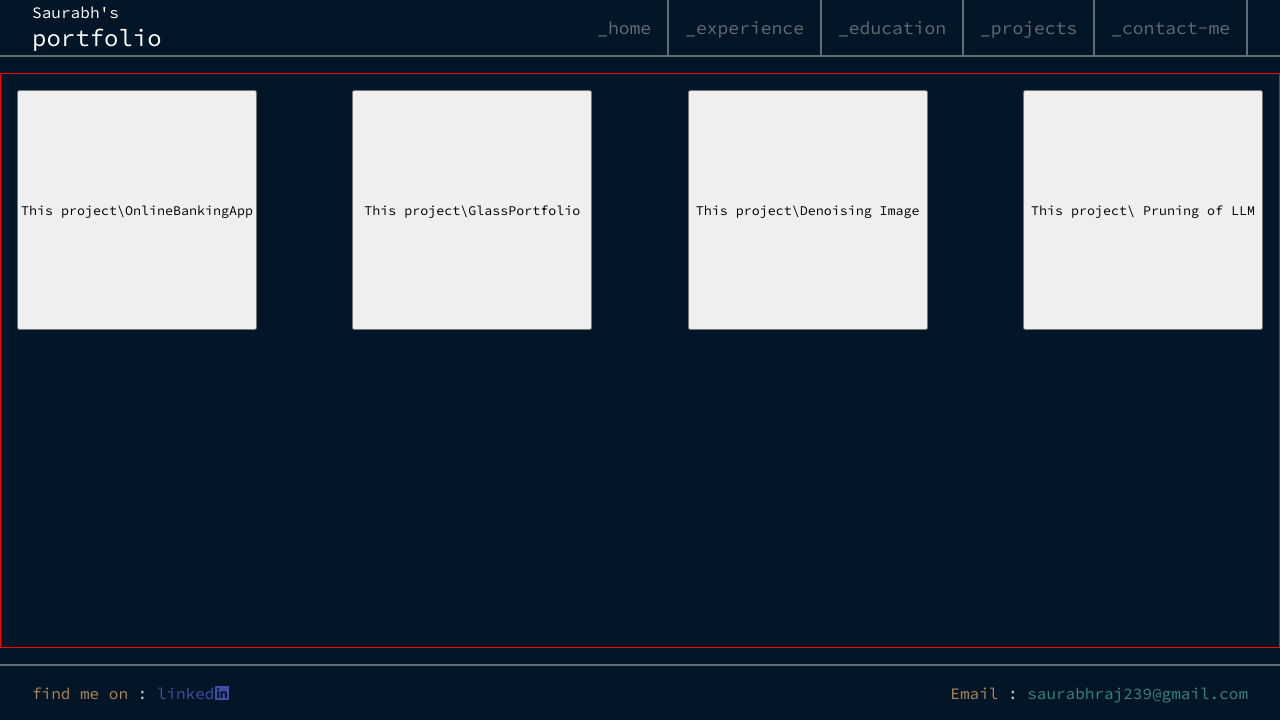
Repository: saurabhraj23/FrontendReactPortfolio
Page: /projects
These files come from the project's save history. The page is drawn as it stood at one moment and after the next save; the edit follows.
The browser window is 1280 px wide. The pictures show the whole page.
The project was rebuilt for these pictures with package versions that can differ from the ones it lists, and the page was loaded fresh each time. Also part of the build but not shown: vite.config.js, src/components/Education.jsx, src/components/Experience.jsx, src/components/Contacts.jsx, src/styles/default-page.css, src/components/DefaultPage.jsx.

Above is the page before, as saved 2024-07-23 01:06:55.

After the next save:
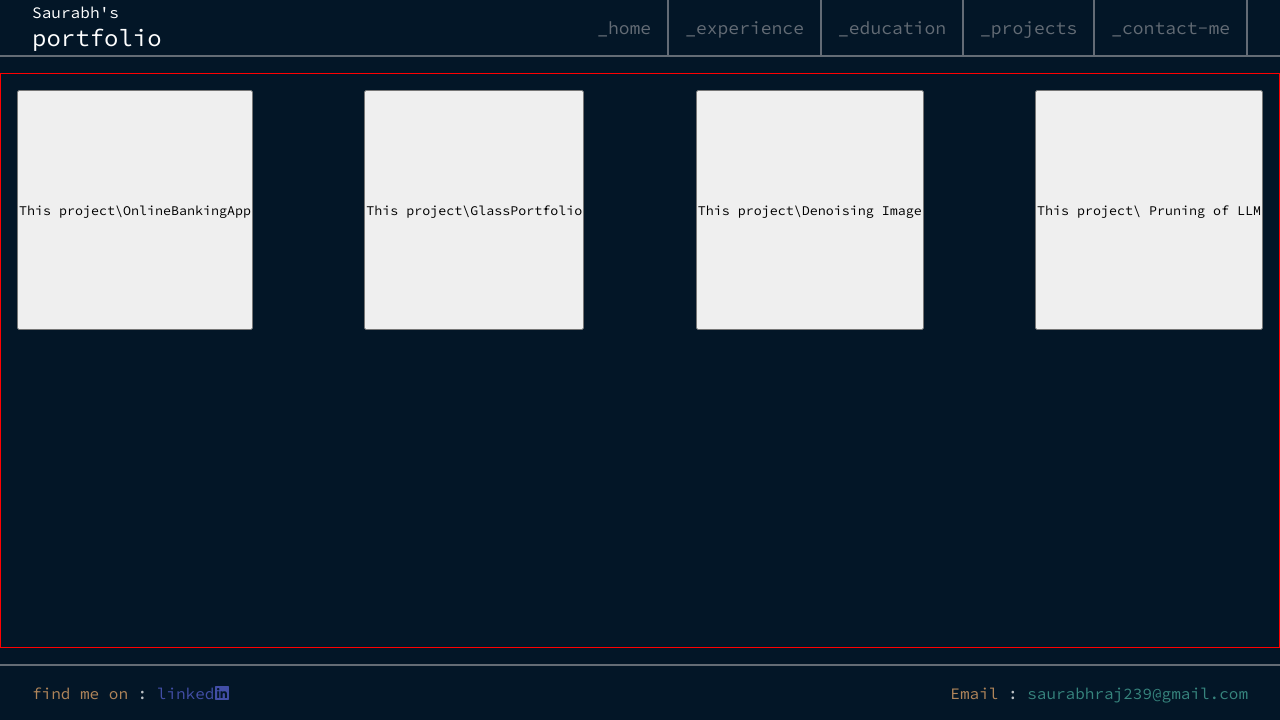
Saved 20 s later.
--- a/src/styles/project.css
+++ b/src/styles/project.css
@@ -11,6 +11,6 @@
 }
 
 .project-item{
-width: 15rem;
+width: 100%;
 height: 15rem;
 }
